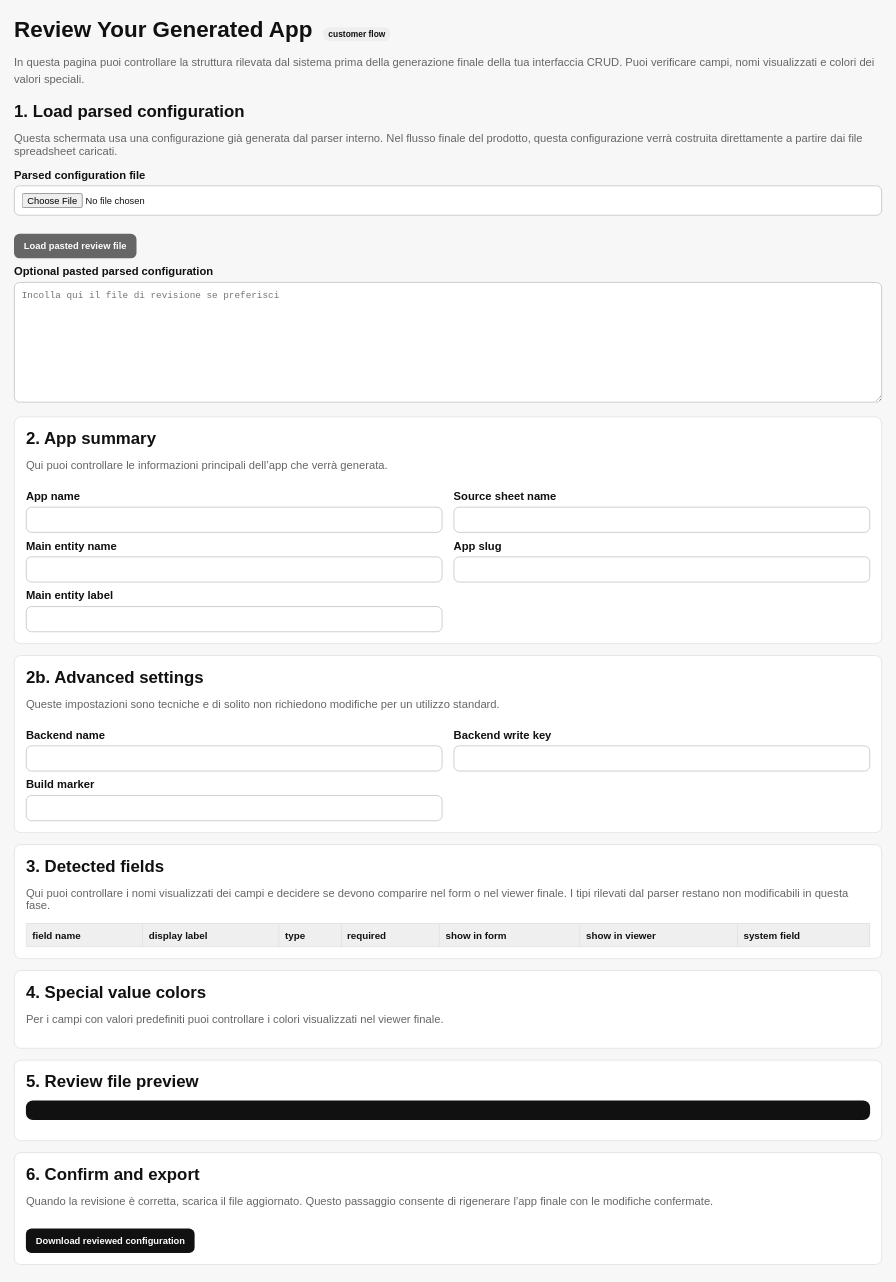
Repository: progettazionemauro/sheets.builder
Page: docs/review.html
The author's editor kept a copy of each file at every save. The page is drawn from the files as they stood at one save, then again after a run of saves.
The browser window is 1280 px wide. The pictures show the whole page, at 70% of full size.

Above is the page before, as saved 2026-04-14 23:33:10.

After the next 2 saves:
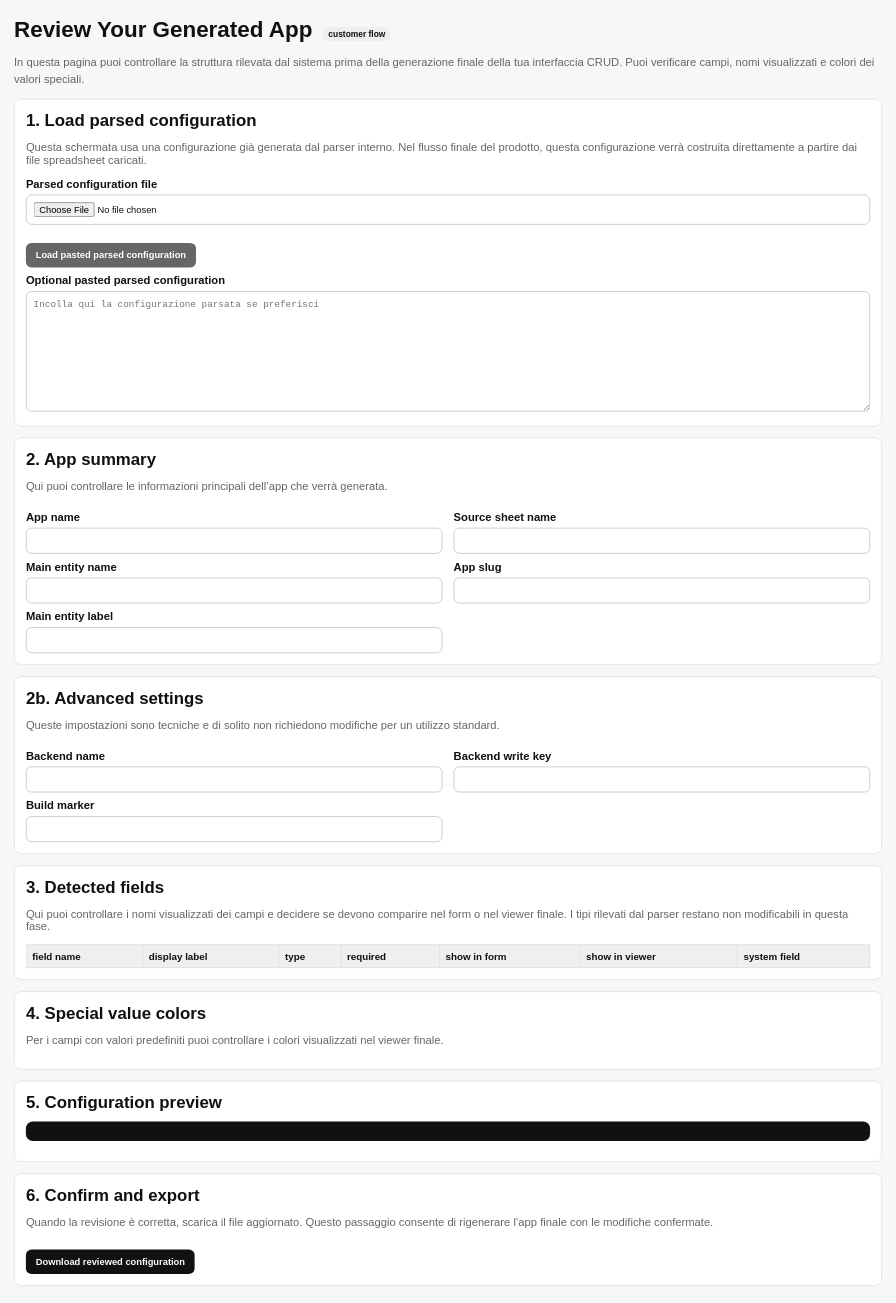
The 2 saves are shown as one change because they came seconds apart.
The last was saved 19 min 57 s later.
--- a/docs/review.html
+++ b/docs/review.html
@@ -18,6 +18,10 @@
       margin-bottom: 8px;
     }
 
+    .card h2 {
+      margin-top: 0;
+    }
+
     .muted {
       color: #666;
     }
@@ -131,10 +135,6 @@
       margin-left: 6px;
     }
 
-    .card h2 {
-      margin-top: 0;
-    }
-
     .hero-note {
       line-height: 1.5;
     }
@@ -143,30 +143,31 @@
 <body>
 
   <h1>Review Your Generated App <span class="badge">customer flow</span></h1>
-    <p class="muted hero-note">
+  <p class="muted hero-note">
     In questa pagina puoi controllare la struttura rilevata dal sistema prima della generazione finale
     della tua interfaccia CRUD. Puoi verificare campi, nomi visualizzati e colori dei valori speciali.
   </p>
 
-  <h2>1. Load parsed configuration</h2>
-<p class="muted">
-  Questa schermata usa una configurazione già generata dal parser interno.
-  Nel flusso finale del prodotto, questa configurazione verrà costruita direttamente a partire dai file spreadsheet caricati.
-</p>
-
-<label for="fileInput">Parsed configuration file</label>
+  <div class="card">
+    <h2>1. Load parsed configuration</h2>
+    <p class="muted">
+      Questa schermata usa una configurazione già generata dal parser interno.
+      Nel flusso finale del prodotto, questa configurazione verrà costruita direttamente a partire dai file spreadsheet caricati.
+    </p>
+
+    <label for="fileInput">Parsed configuration file</label>
     <input id="fileInput" type="file" accept=".json,application/json" />
 
     <div class="actions">
-      <button id="loadSampleBtn" type="button" class="secondary">Load pasted review file</button>
+      <button id="loadSampleBtn" type="button" class="secondary">Load pasted parsed configuration</button>
       <span id="loadStatus" class="muted"></span>
     </div>
 
     <label for="rawJsonInput">Optional pasted parsed configuration</label>
-    <textarea id="rawJsonInput" rows="10" placeholder="Incolla qui il file di revisione se preferisci"></textarea>
+    <textarea id="rawJsonInput" rows="10" placeholder="Incolla qui la configurazione parsata se preferisci"></textarea>
   </div>
 
-      <div class="card">
+  <div class="card">
     <h2>2. App summary</h2>
     <p class="muted">
       Qui puoi controllare le informazioni principali dell’app che verrà generata.
@@ -249,11 +250,11 @@
   </div>
 
   <div class="card">
-    <h2>5. Review file preview</h2>
+    <h2>5. Configuration preview</h2>
     <pre id="stateOut"></pre>
   </div>
 
-    <div class="card">
+  <div class="card">
     <h2>6. Confirm and export</h2>
     <p class="muted">
       Quando la revisione è corretta, scarica il file aggiornato. Questo passaggio consente di rigenerare
@@ -289,7 +290,7 @@
 
   function ensureBuilderStateShape(state) {
     if (!state || typeof state !== "object") {
-      throw new Error("Review file non valido: root non oggetto");
+      throw new Error("Parsed configuration non valida: root non oggetto");
     }
 
     if (!state.project || typeof state.project !== "object") {
@@ -412,8 +413,8 @@
 
       tr.innerHTML = `
         <td class="readonly-cell">
-  <input data-key="name" data-index="${idx}" value="${escapeHtml(field.name)}" readonly />
-</td>
+          <input data-key="name" data-index="${idx}" value="${escapeHtml(field.name)}" readonly />
+        </td>
         <td>
           <input data-key="label" data-index="${idx}" value="${escapeHtml(field.label || "")}" />
         </td>
@@ -586,8 +587,8 @@
       const field = builderState.fields[idx];
 
       if (key === "type" || key === "name") {
-  return;
-}
+        return;
+      }
 
       if (el.tagName === "INPUT") {
         el.addEventListener("input", () => {
@@ -715,7 +716,7 @@
   document.getElementById("loadSampleBtn").addEventListener("click", () => {
     try {
       const raw = document.getElementById("rawJsonInput").value.trim();
-      if (!raw) throw new Error("Area review file vuota");
+      if (!raw) throw new Error("Area parsed configuration vuota");
 
       const parsed = JSON.parse(raw);
       builderState = ensureBuilderStateShape(parsed);
@@ -729,7 +730,7 @@
 
   document.getElementById("downloadBtn").addEventListener("click", () => {
     try {
-      if (!builderState) throw new Error("Nessun review file caricato");
+      if (!builderState) throw new Error("Nessuna configuration caricata");
 
       const blob = new Blob(
         [JSON.stringify(builderState, null, 2)],
@@ -744,7 +745,7 @@
       document.body.removeChild(a);
       URL.revokeObjectURL(a.href);
 
-    setStatus("downloadStatus", "Reviewed configuration generated successfully", "ok");
+      setStatus("downloadStatus", "Reviewed configuration generated successfully", "ok");
     } catch (err) {
       setStatus("downloadStatus", "Errore: " + err.message, "err");
       console.error(err);
